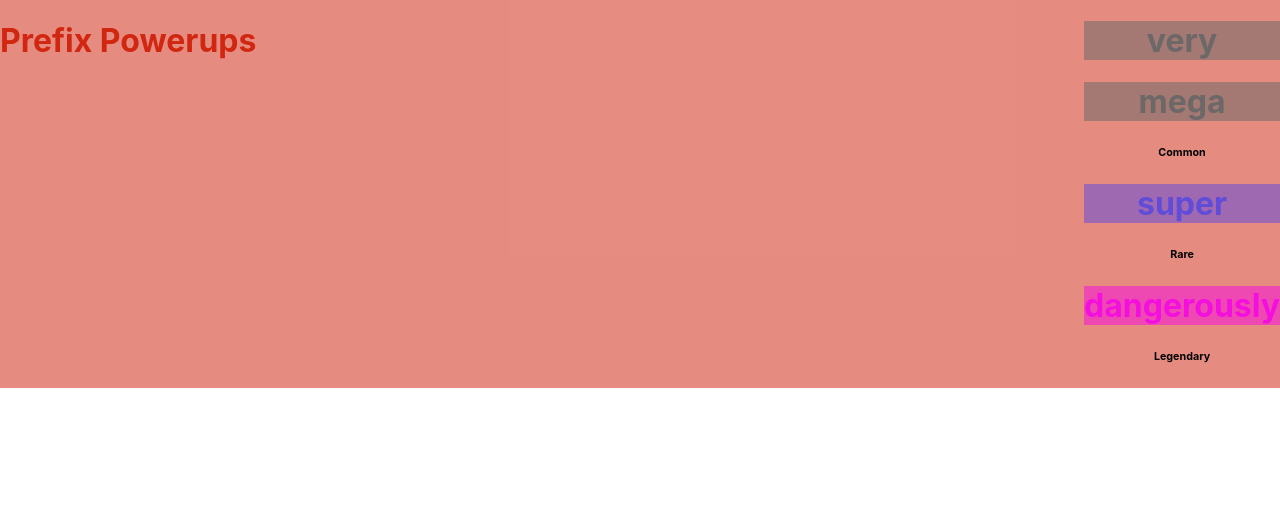
Repository: bsalgado98/buns-inator
Page: /
The author's editor kept a copy of each file at every save. The page is drawn from the files as they stood at one save, then again after the next save.
The browser window is 1280 px wide. The pictures show the whole page.
The project was rebuilt for these pictures with package versions that can differ from the ones it lists, and the page was loaded fresh each time.

Above is the page before, as saved 2022-04-25 22:26:28.

### src/index.css
body {
    margin: 0;
    padding: 0;
    font-family: -apple-system, BlinkMacSystemFont, 'Segoe UI', 'Roboto', 'Oxygen',
        'Ubuntu', 'Cantarell', 'Fira Sans', 'Droid Sans', 'Helvetica Neue',
        sans-serif;
    -webkit-font-smoothing: antialiased;
    -moz-osx-font-smoothing: grayscale;
}

code {
    font-family: source-code-pro, Menlo, Monaco, Consolas, 'Courier New', monospace;
}

### src/App.js
import './App.css';
import WordBank from './components/WordBank/WordBank'

function App() {
    const wordList = {
        prefixPowerups: [
            {
                sectionTitle: "Common",
                words: ['very', 'mega'],
                color: "#6b6867"
            },
            {
                sectionTitle: "Rare",
                words: ['super'],
                color: "#614cd9"
            },
            {
                sectionTitle: "Legendary",
                words: ['dangerously'],
                color: "#f50fde"
            }
        ]
    }

    return (
        <div className="App">
            <WordBank bankTitle='Prefix Powerups' color="#d12711" wordCollection={wordList.prefixPowerups}/>
        </div>
    );
}

export default App;

### src/components/WordBank/WordBank.js
import createWordSection from "../../utility/wordSection"

const WordBank = ({ bankTitle = "N/A", color = "#000000", wordCollection = [] }) => {
    const styles = {
        container: {
            style: {
                backgroundColor: `${color}88`,
                display: 'flex'
            }
        },
        title: {
            style: {
                color: color
            },
            container: {
                style: {
                    display: 'flex',
                    width: '100%'
                }
            }
        },
        collectionArea: {
            style: {

            }
        }
    }
    return (
        <div style={styles.container.style}>
            <div style={styles.title.container.style}>
                <h1 style={styles.title.style}>{bankTitle}</h1>
            </div>
            <div>
                {wordCollection.map((section, i) => {
                    console.log(section.sectionTitle)
                    return (
                        <div key={`section-${i}`}>
                            {createWordSection(section.words, section.color)}
                            <h6>{section.sectionTitle}</h6>
                        </div>
                    )
                })}
            </div>
        </div>
    )
}

export default WordBank

### src/utility/wordSection.js
import WordCard from "../components/WordCard/WordCard";

function createWordSection(words, wordColor) {
    return words.map((word, i) => <WordCard key={`word-${i}`} text={word} color={wordColor} />)
}

export default createWordSection

### src/components/WordCard/WordCard.js
const WordCard = ({ text = "N/A", color = "#000000" }) => {
    const styles = {
        container: {
            style: {
                background: `${color}88`,
                display: 'block'
            }
        },
        text: {
            style: {
                color: color
            }
        }
    }
    return (
        <div style={styles.container.style}>
            <h1 style={styles.text.style}>{text}</h1>
        </div>
    )
}

export default WordCard

Loaded but not shown: public/index.html (common file); src/index.js (common file); src/reportWebVitals.js (common file); src/App.css (common file)

After the next save:
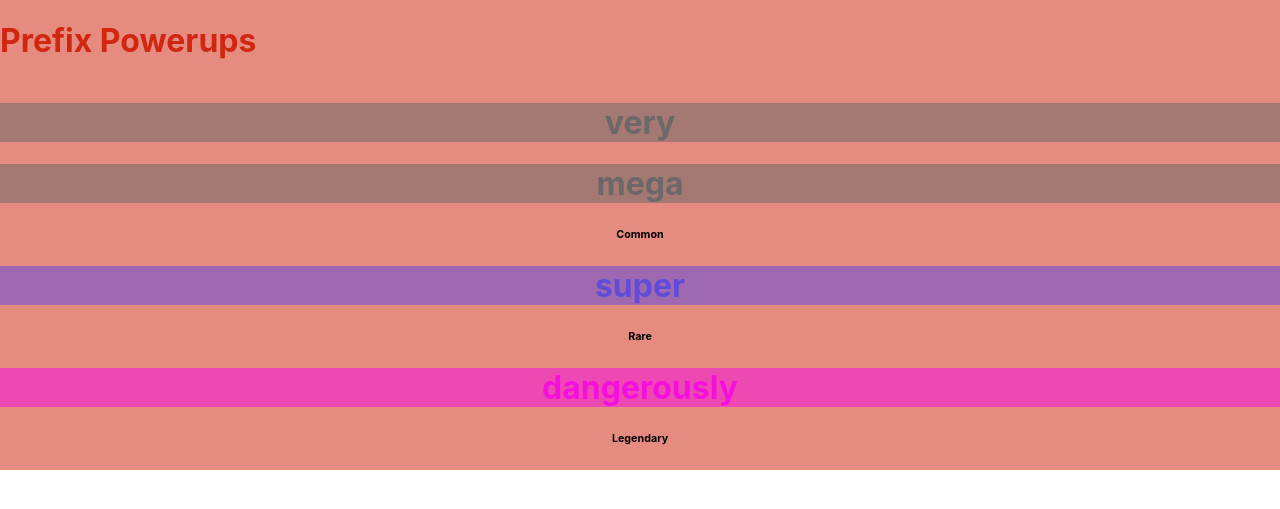
Saved 19 s later.
--- a/src/components/WordBank/WordBank.js
+++ b/src/components/WordBank/WordBank.js
@@ -5,7 +5,8 @@ const WordBank = ({ bankTitle = "N/A", color = "#000000", wordCollection = [] })
         container: {
             style: {
                 backgroundColor: `${color}88`,
-                display: 'flex'
+                display: 'flex',
+                flexDirection: 'column'
             }
         },
         title: {
